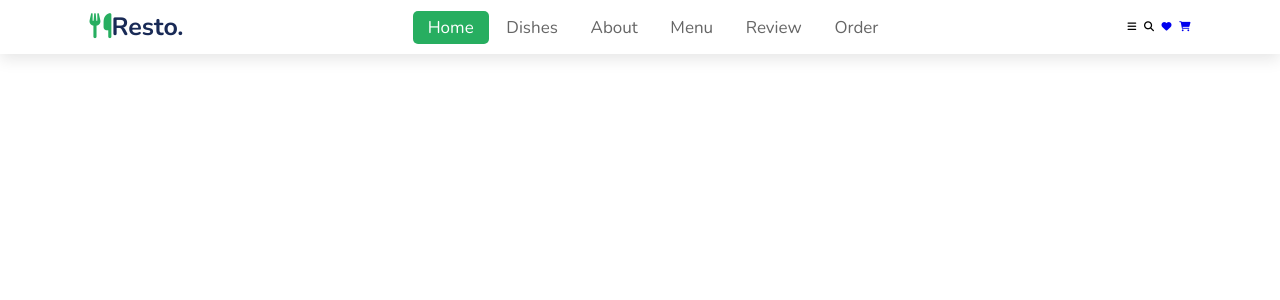
Repository: CarsonDev1/FoodWeb
Page: index.html
An editor plug-in stored every save of this project. The page is shown before and after the next save, followed by the edit.
The browser window is 1280 px wide. The pictures show the whole page.
Some web libraries are served in a nearby version.

Above is the page before, as saved 2022-05-18 17:58:45.

### index.html
<!DOCTYPE html>
<html lang="en">
  <head>
    <meta charset="UTF-8" />
    <meta http-equiv="X-UA-Compatible" content="IE=edge" />
    <meta name="viewport" content="width=device-width, initial-scale=1.0" />
    <title>Document</title>
    <!-- CSS link -->
    <link rel="stylesheet" href="./css/style.css" />
    <!-- Google font -->
    <link rel="preconnect" href="https://fonts.googleapis.com" />
    <link rel="preconnect" href="https://fonts.gstatic.com" crossorigin />
    <link
      href="https://fonts.googleapis.com/css2?family=DM+Sans:wght@700&family=Manrope:wght@400;700;800&family=Nunito:wght@200;300;400;600;700&display=swap"
      rel="stylesheet"
    />
    <!-- font awesome cdn link -->
    <link
      rel="stylesheet"
      href="https://cdnjs.cloudflare.com/ajax/libs/font-awesome/6.1.1/css/all.min.css"
    />
  </head>
  <body>
    <!-- Header section start -->
    <header>
      <a href="#" class="logo"><i class="fas fa-utensils"></i>resto.</a>
      <nav class="navbar">
        <a class="active" href="#home">home</a>
        <a href="#dishes">dishes</a>
        <a href="#about">about</a>
        <a href="#menu">menu</a>
        <a href="#review">review</a>
        <a href="#order">order</a>
      </nav>
      <div class="icons">
        <i class="fas fa-bars" id="bars"></i>
        <i class="fas fa-search" id="search-icon"></i>
        <a href="#" class="fas fa-heart"></a>
        <a href="#" class="fas fa-shopping-cart"></a>
      </div>
    </header>
    <!-- Header section end -->
    <!-- JS file link -->
    <script src="./js/app.js"></script>
  </body>
</html>

### css/style.css
:root {
  --green: #27ae60;
  --black: #192a56;
  --light-color: #666;
  --box-shadow: 0 0.5rem 1.5rem rgba(0, 0, 0, 0.1);
}
* {
  font-family: "Nunito", sans-serif;
  margin: 0;
  padding: 0;
  box-sizing: border-box;
  text-decoration: none;
  outline: none;
  border: none;
  text-transform: capitalize;
  transition: all 0.2s linear;
}
html {
  font-size: 62.5%;
  overflow-x: hidden;
  scroll-padding-top: 5.5rem;
  scroll-behavior: smooth;
}
header {
  position: fixed;
  top: 0;
  left: 0;
  right: 0;
  background: #fff;
  padding: 1rem 7%;
  display: flex;
  align-items: center;
  justify-content: space-between;
  z-index: 1000;
  box-shadow: var(--box-shadow);
}
header .logo {
  color: var(--black);
  font-size: 2.5rem;
  font-weight: bolder;
}
header .logo i {
  color: var(--green);
}
header .navbar a {
  font-size: 1.7rem;
  border-radius: 0.5rem;
  padding: 0.5rem 1.5rem;
  color: var(--light-color);
}
header .navbar a.active,
header .navbar a:hover {
  background: var(--green);
  color: #fff;
}
header .icons i,
header .icons a {
  cursor: pointer;
  margin-left: 0.5rem;
}

Loaded but not shown: js/app.js (no copy from this time; the picture is the same without it)

After the next save:
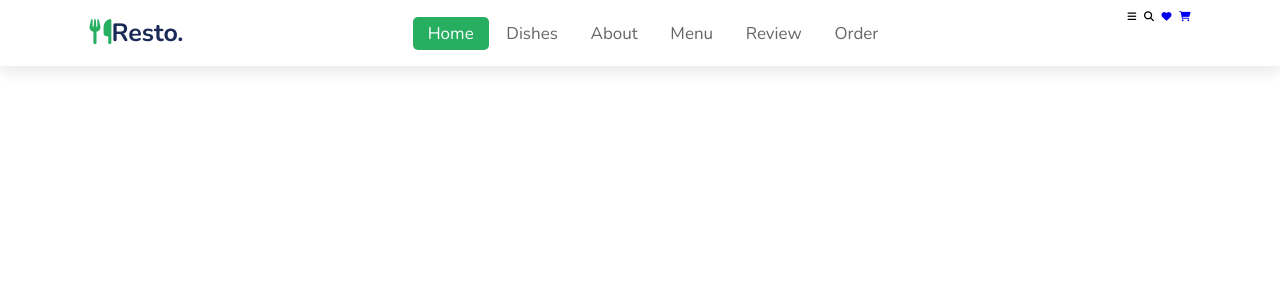
Saved 5 s later.
--- a/css/style.css
+++ b/css/style.css
@@ -57,4 +57,5 @@ header .icons i,
 header .icons a {
   cursor: pointer;
   margin-left: 0.5rem;
+  height: 4.5rem;
 }
